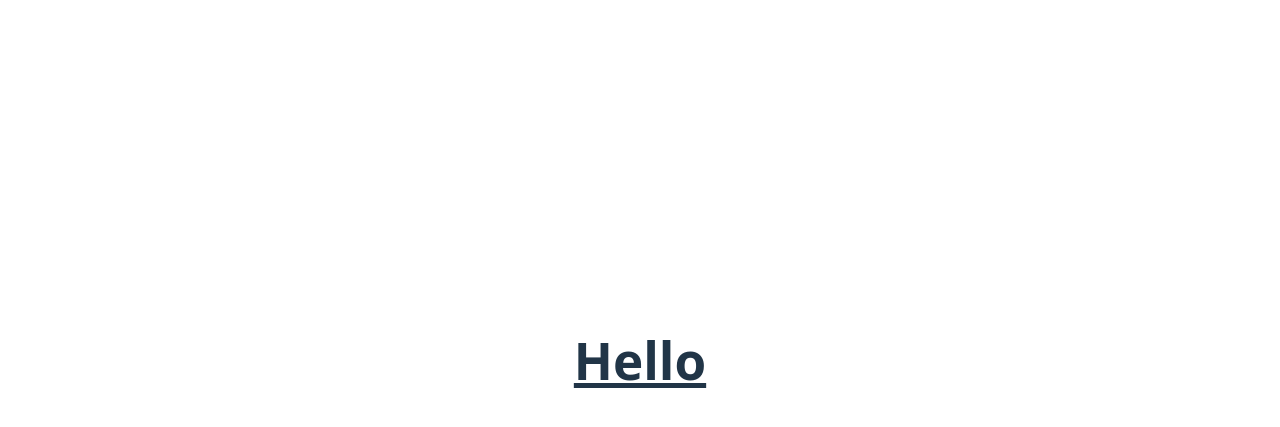
Repository: shuntaro731/okodukai-app
Page: /
An editor plug-in stored every save of this project. The page is shown before and after the next save, followed by the edit.
The browser window is 1280 px wide. The pictures show the whole page.
The project was rebuilt for these pictures with package versions that can differ from the ones it lists, and the page was loaded fresh each time. Also part of the build but not shown: vite.config.ts.

Above is the page before, as saved 2025-06-07 11:02:12.

After the next save:
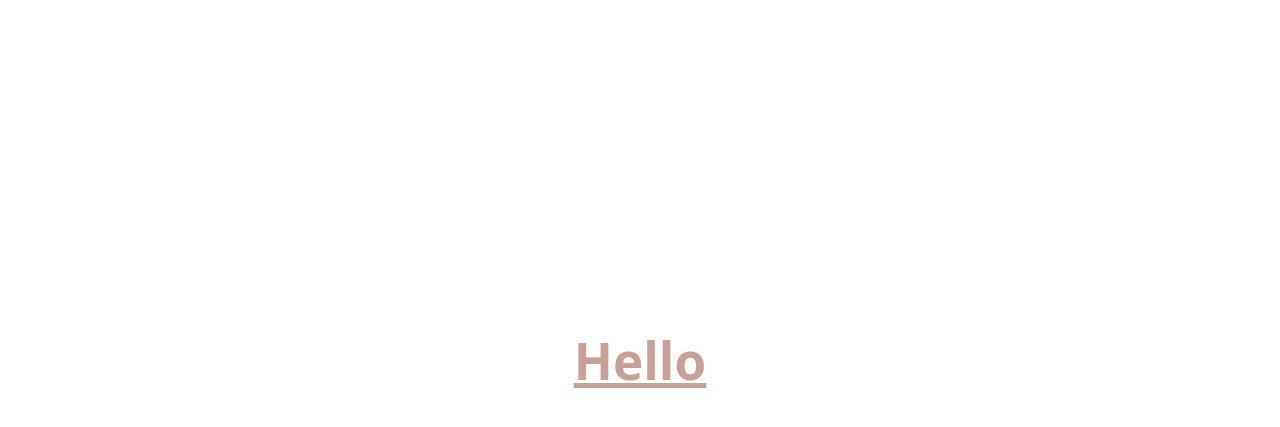
Saved 21 s later.
--- a/src/App.tsx
+++ b/src/App.tsx
@@ -3,7 +3,7 @@
 function App() {
   return (
     <>
-      <h1 className='text-3xl text-secondary font-bold underline'>Hello</h1>
+      <h1 className='text-3xl text-[#8327] font-bold underline'>Hello</h1>
     </>
   )
 }

After the save that followed:
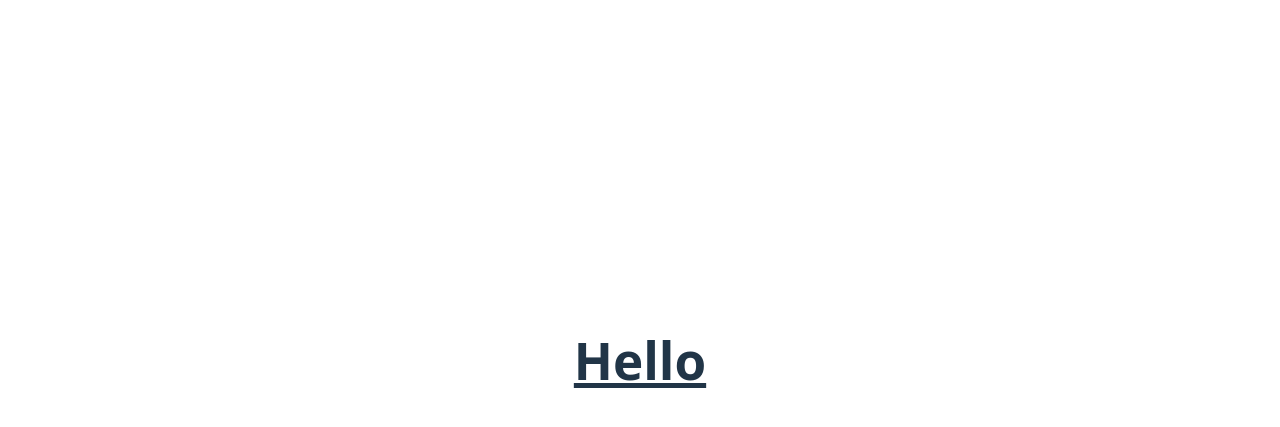
Saved 8 s later.
--- a/src/App.tsx
+++ b/src/App.tsx
@@ -3,7 +3,7 @@
 function App() {
   return (
     <>
-      <h1 className='text-3xl text-[#8327] font-bold underline'>Hello</h1>
+      <h1 className='text-3xl text-primary font-bold underline'>Hello</h1>
     </>
   )
 }
